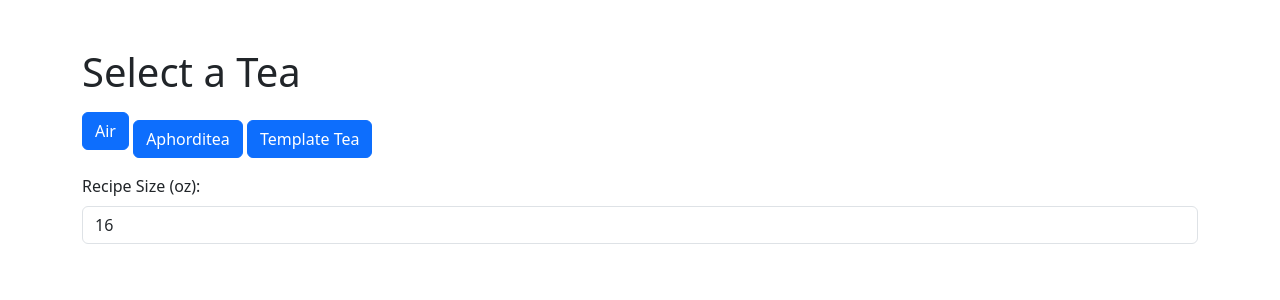
Repository: ChaidGPT/CKBatchHelper
Page: index.html
These files come from the project's save history. The page is drawn as it stood at one moment and after the next save; the edit follows.
The browser window is 1280 px wide. The pictures show the whole page.

Above is the page before, as saved 2023-06-27 12:00:25.

### index.html
<!DOCTYPE html>
<html lang="en">

<head>
  <meta charset="UTF-8">
  <meta name="viewport" content="width=device-width, initial-scale=1.0">
  <title>Your One-Page Website</title>
  <!-- Bootstrap CSS -->
  <link href="https://cdn.jsdelivr.net/npm/bootstrap@5.3.0/dist/css/bootstrap.min.css" rel="stylesheet"
    integrity="sha384-9ndCyUaIbzAi2FUVXJi0CjmCapSmO7SnpJef0486qhLnuZ2cdeRhO02iuK6FUUVM" crossorigin="anonymous">
</head>

<body>
  <!-- Main content -->
  <main>
    <section id="section1" class="py-5">
      <div class="container">
        <h1>Select a Tea</h1>

        <!-- Air button -->
        <button class="btn btn-primary" type="button" data-bs-toggle="collapse" data-bs-target="#airCollapse"
          aria-expanded="false" aria-controls="airCollapse">
          Air
        </button>
        <div class="collapse mt-3" id="airCollapse">
          <div class="card card-body">
            <table class="table">
              <thead>
                <tr>
                  <th>Ingredient</th>
                  <th>Quantity (oz)</th>
                </tr>
              </thead>
              <tbody>
                <tr>
                  <td>Dandelion Leaf</td>
                  <td class="ingredientQty" data-ingredient="dandelionLeaf" data-base-quantity="4">4</td>
                </tr>
                <tr>
                  <td>Borage</td>
                  <td class="ingredientQty" data-ingredient="borage" data-base-quantity="3">3</td>
                </tr>
                <tr>
                  <td>Peppermint Leaf</td>
                  <td class="ingredientQty" data-ingredient="peppermintLeaf" data-base-quantity="3">3</td>
                </tr>
                <tr>
                  <td>Lavender</td>
                  <td class="ingredientQty" data-ingredient="lavender" data-base-quantity="1">1</td>
                </tr>
                <tr>
                  <td>Lemongrass</td>
                  <td class="ingredientQty" data-ingredient="lemongrass" data-base-quantity="3">3</td>
                </tr>
                <tr>
                  <td>Honeysuckle</td>
                  <td class="ingredientQty" data-ingredient="honeysuckle" data-base-quantity="2">2</td>
                </tr>
              </tbody>
            </table>
          </div>
        </div>

        <!-- Aphorditea button -->
        <button class="btn btn-primary mt-3" type="button" data-bs-toggle="collapse"
          data-bs-target="#aphorditeaCollapse" aria-expanded="false" aria-controls="aphorditeaCollapse">
          Aphorditea
        </button>
        <div class="collapse mt-3" id="aphorditeaCollapse">
          <div class="card card-body">
            <table class="table">
              <thead>
                <tr>
                  <th>Ingredient</th>
                  <th>Quantity (oz)</th>
                </tr>
              </thead>
              <tbody>
                <tr>
                  <td>Dehydrated Apples</td>
                  <td class="ingredientQty" data-ingredient="dehydratedApples" data-base-quantity="3">3</td>
                </tr>
                <tr>
                  <td>Rose Petals</td>
                  <td class="ingredientQty" data-ingredient="rosePetals" data-base-quantity="4">4</td>
                </tr>
                <tr>
                  <td>Rosehips</td>
                  <td class="ingredientQty" data-ingredient="rosehips" data-base-quantity="3">3</td>
                </tr>
                <tr>
                  <td>Linden</td>
                  <td class="ingredientQty" data-ingredient="linden" data-base-quantity="2">2</td>
                </tr>
                <tr>
                  <td>Oregano</td>
                  <td class="ingredientQty" data-ingredient="oregano" data-base-quantity="1">1</td>
                </tr>
                <tr>
                  <td>Hawthorn Berries</td>
                  <td class="ingredientQty" data-ingredient="hawthornBerries" data-base-quantity="3">3</td>
                </tr>
              </tbody>
            </table>
          </div>
        </div>

        <!-- Template button -->
        <button class="btn btn-primary mt-3" type="button" data-bs-toggle="collapse"
          data-bs-target="#templateCollapse" aria-expanded="false" aria-controls="templateCollapse">
          Template Tea
        </button>
        <div class="collapse mt-3" id="templateCollapse">
          <div class="card card-body">
            <table class="table">
              <thead>
                <tr>
                  <th>Ingredient</th>
                  <th>Quantity (oz)</th>
                </tr>
              </thead>
              <tbody>
                <tr>
                  <td>Ingredient 1</td>
                  <td class="ingredientQty" data-ingredient="ingredient1" data-base-quantity="0">0</td>
                </tr>
                <tr>
                  <td>Ingredient 2</td>
                  <td class="ingredientQty" data-ingredient="ingredient2" data-base-quantity="0">0</td>
                </tr>
                <tr>
                  <td>Ingredient 3</td>
                  <td class="ingredientQty" data-ingredient="ingredient3" data-base-quantity="0">0</td>
                </tr>
                <tr>
                  <td>Ingredient 4</td>
                  <td class="ingredientQty" data-ingredient="ingredient4" data-base-quantity="0">0</td>
                </tr>
                <tr>
                  <td>Ingredient 5</td>
                  <td class="ingredientQty" data-ingredient="ingredient5" data-base-quantity="0">0</td>
                </tr>
                <tr>
                  <td>Ingredient 6</td>
                  <td class="ingredientQty" data-ingredient="ingredient6" data-base-quantity="0">0</td>
                </tr>
              </tbody>
            </table>
          </div>
        </div>

        <!-- Recipe size input -->
        <div class="mt-3">
          <label for="recipeSize" class="form-label">Recipe Size (oz):</label>
          <input type="number" class="form-control" id="recipeSize" value="16">
        </div>
      </div>
    </section>

  </main>

  <!-- Bootstrap JS -->
  <script src="https://cdn.jsdelivr.net/npm/bootstrap@5.3.0/dist/js/bootstrap.bundle.min.js"
    integrity="sha384-geWF76RCwLtnZ8qwWowPQNguL3RmwHVBC9FhGdlKrxdiJJigb/j/68SIy3Te4Bkz" crossorigin="anonymous"></script>
  <script>
    // Recipe size functionality
    const ingredientQtyElements = document.querySelectorAll('.ingredientQty');
    const recipeSizeInput = document.getElementById('recipeSize');

    recipeSizeInput.addEventListener('input', function () {
      const recipeSize = Number(recipeSizeInput.value);
      ingredientQtyElements.forEach(function (element) {
        const baseQuantity = Number(element.dataset.baseQuantity);
        const ingredient = element.dataset.ingredient;
        const newQuantity = (baseQuantity * recipeSize) / 16; // 16 is the base recipe size
        element.textContent = newQuantity.toFixed(2);
      });
    });
  </script>
</body>

</html>

After the next save:
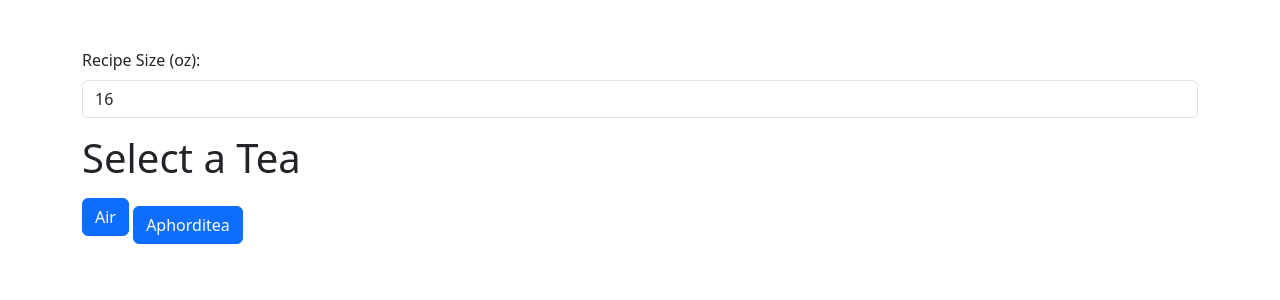
Saved 3 min 15 s later.
--- a/index.html
+++ b/index.html
@@ -15,6 +15,12 @@
   <main>
     <section id="section1" class="py-5">
       <div class="container">
+        <!-- Recipe size input -->
+        <div class="mb-3">
+          <label for="recipeSize" class="form-label">Recipe Size (oz):</label>
+          <input type="number" class="form-control" id="recipeSize" value="16">
+        </div>
+
         <h1>Select a Tea</h1>
 
         <!-- Air button -->
@@ -104,56 +110,6 @@
             </table>
           </div>
         </div>
-
-        <!-- Template button -->
-        <button class="btn btn-primary mt-3" type="button" data-bs-toggle="collapse"
-          data-bs-target="#templateCollapse" aria-expanded="false" aria-controls="templateCollapse">
-          Template Tea
-        </button>
-        <div class="collapse mt-3" id="templateCollapse">
-          <div class="card card-body">
-            <table class="table">
-              <thead>
-                <tr>
-                  <th>Ingredient</th>
-                  <th>Quantity (oz)</th>
-                </tr>
-              </thead>
-              <tbody>
-                <tr>
-                  <td>Ingredient 1</td>
-                  <td class="ingredientQty" data-ingredient="ingredient1" data-base-quantity="0">0</td>
-                </tr>
-                <tr>
-                  <td>Ingredient 2</td>
-                  <td class="ingredientQty" data-ingredient="ingredient2" data-base-quantity="0">0</td>
-                </tr>
-                <tr>
-                  <td>Ingredient 3</td>
-                  <td class="ingredientQty" data-ingredient="ingredient3" data-base-quantity="0">0</td>
-                </tr>
-                <tr>
-                  <td>Ingredient 4</td>
-                  <td class="ingredientQty" data-ingredient="ingredient4" data-base-quantity="0">0</td>
-                </tr>
-                <tr>
-                  <td>Ingredient 5</td>
-                  <td class="ingredientQty" data-ingredient="ingredient5" data-base-quantity="0">0</td>
-                </tr>
-                <tr>
-                  <td>Ingredient 6</td>
-                  <td class="ingredientQty" data-ingredient="ingredient6" data-base-quantity="0">0</td>
-                </tr>
-              </tbody>
-            </table>
-          </div>
-        </div>
-
-        <!-- Recipe size input -->
-        <div class="mt-3">
-          <label for="recipeSize" class="form-label">Recipe Size (oz):</label>
-          <input type="number" class="form-control" id="recipeSize" value="16">
-        </div>
       </div>
     </section>
 
